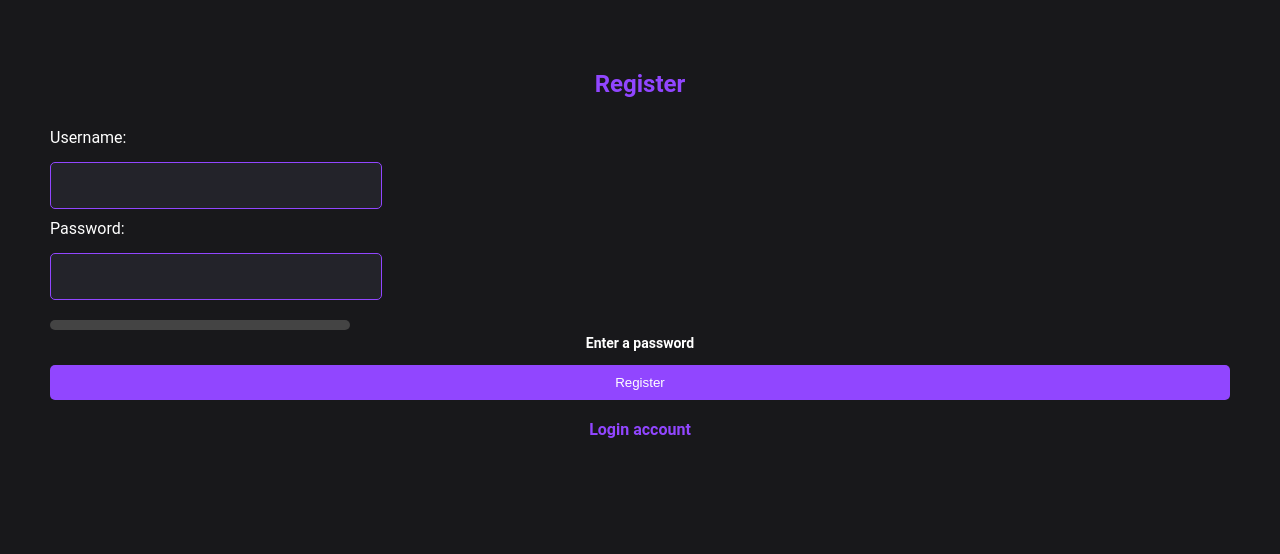
Repository: wolvicjohn/argon2
Page: http://localhost/register.php
An editor plug-in stored every save of this project. The page is shown before and after the next save, followed by the edit.
The browser window is 1280 px wide. The pictures show the whole page.
The page is run by PHP 8.4 with error messages shown; the project is at /var/www/html/.

Above is the page before, as saved 2024-10-18 02:16:08.

### register.php
<?php
// Include the database connection
require 'db.php';

if ($_SERVER['REQUEST_METHOD'] === 'POST') {
    $username = $_POST['username'];
    $password = $_POST['password'];

    // Check if username exists
    $stmt = $pdo->prepare('SELECT id FROM users WHERE username = ?');
    $stmt->execute([$username]);
    if ($stmt->fetch()) {
        die('Username already taken');
    }

    // Hash password with Argon2
    $passwordHash = password_hash($password, PASSWORD_ARGON2ID);

    // Insert user into database
    $stmt = $pdo->prepare('INSERT INTO users (username, password_hash) VALUES (?, ?)');
    $stmt->execute([$username, $passwordHash]);

    echo "User registered successfully!";
}
?>
<!DOCTYPE html>
<html lang="en">

<head>
    <meta charset="UTF-8">
    <title>Register</title>
    <link rel="stylesheet" href="styles.css"> <!-- Link to external CSS -->
</head>

<body>
    <h2>Register</h2>
    <form action="register.php" method="POST">
        <label for="username">Username:</label>
        <input type="text" name="username" id="username" required>

        <label for="password">Password:</label>
        <input type="password" name="password" id="password" required>

        <div class="password-strength">
            <div class="strength-bar" id="strength-bar"></div>
        </div>
        <p class="message" id="strength-text">Enter a password</p>

        <button type="submit">Register</button>
        <a href="login.php">Login account</a>
    </form>

    <script src="script.js"></script> <!-- Link to external JS -->
</body>

</html>

### db.php
<?php
// db.php
$host = 'localhost';
$db = 'argon2_auth';
$user = 'root'; // Your database username
$pass = '';     // Your database password

$dsn = "mysql:host=$host;dbname=$db;charset=utf8mb4";
$options = [
    PDO::ATTR_ERRMODE => PDO::ERRMODE_EXCEPTION,
    PDO::ATTR_DEFAULT_FETCH_MODE => PDO::FETCH_ASSOC,
];

try {
    $pdo = new PDO($dsn, $user, $pass, $options);
} catch (PDOException $e) {
    die("Database connection failed: " . $e->getMessage());
}
?>

### styles.css
/* styles.css */
body {
    font-family: 'Roboto', sans-serif; /* Modern font */
    margin: 0;
    padding: 50px;
    background-color: #18181b; /* Dark background */
    color: #ffffff; /* White text color */
}

h2 {
    color: #9146ff; /* Twitch purple */
    text-align: center;
    margin-bottom: 30px;
}

label {
    display: block;
    margin-bottom: 5px;
}

input {
    margin: 10px 0;
    padding: 15px;
    width: 300px;
    border: 1px solid #9146ff; /* Twitch purple border */
    border-radius: 5px;
    background-color: #23232a; /* Dark input background */
    color: #ffffff; /* White text color */
}

input:focus {
    outline: none;
    border-color: #ff477e; /* Pink border on focus */
}

button {
    padding: 10px 20px;
    cursor: pointer;
    background-color: #9146ff; /* Twitch purple */
    color: white;
    border: none;
    border-radius: 5px;
    transition: background-color 0.3s ease;
    margin-top: 10px; /* Spacing above the button */
    display: block; /* Centering the button */
    width: 100%; /* Full width button */
}

button:hover {
    background-color: #7e3af2; /* Darker purple on hover */
}

.password-strength {
    margin-top: 10px;
    height: 10px;
    width: 300px;
    background-color: #444; /* Darker background for strength meter */
    border-radius: 5px;
    overflow: hidden;
}

.strength-bar {
    height: 100%;
    width: 0%;
    transition: width 0.3s ease-in-out;
}

.strength-weak {
    background-color: red;
}

.strength-medium {
    background-color: orange;
}

.strength-strong {
    background-color: #4CAF50; /* Green for strong */
}

.message {
    margin-top: 5px;
    font-size: 14px;
    font-weight: bold;
    text-align: center; /* Centered text */
}

a {
    display: block;
    text-align: center;
    margin-top: 20px;
    color: #9146ff; /* Twitch purple */
    text-decoration: none;
    font-weight: bold;
}

a:hover {
    color: #7e3af2; /* Darker purple on hover */
}

### script.js
// script.js
const passwordInput = document.getElementById('password');
const strengthBar = document.getElementById('strength-bar');
const strengthText = document.getElementById('strength-text');

passwordInput.addEventListener('input', () => {
    const password = passwordInput.value;
    const strength = calculateStrength(password);
    updateStrengthMeter(strength);
});

function calculateStrength(password) {
    let strength = 0;

    if (password.length >= 8) strength++;
    if (/[A-Z]/.test(password)) strength++;
    if (/[a-z]/.test(password)) strength++;
    if (/[0-9]/.test(password)) strength++;
    if (/[^A-Za-z0-9]/.test(password)) strength++;

    return strength;
}

function updateStrengthMeter(strength) {
    // Reset the strength bar
    strengthBar.className = 'strength-bar';
    strengthBar.style.width = `${strength * 20}%`;  // Dynamically set the width

    // Set the color and text based on strength
    if (strength <= 1) {
        strengthBar.classList.add('strength-weak');
        strengthText.textContent = 'Weak';
        strengthText.style.color = 'red';
    } else if (strength <= 3) {
        strengthBar.classList.add('strength-medium');
        strengthText.textContent = 'Medium';
        strengthText.style.color = 'orange';
    } else {
        strengthBar.classList.add('strength-strong');
        strengthText.textContent = 'Strong';
        strengthText.style.color = 'green';
    }
}

After the next save:
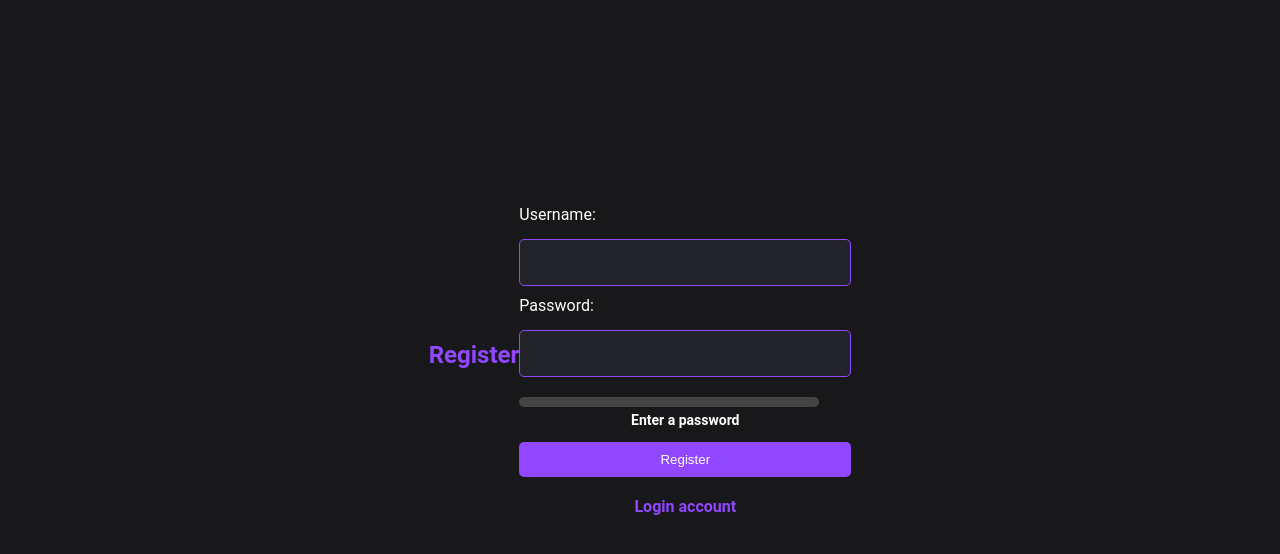
Saved 37 s later.
--- a/styles.css
+++ b/styles.css
@@ -2,14 +2,25 @@
 body {
     font-family: 'Roboto', sans-serif; /* Modern font */
     margin: 0;
-    padding: 50px;
+    padding: 0;
+    height: 100vh; /* Full height for vertical centering */
+    display: flex;
+    justify-content: center; /* Center horizontally */
+    align-items: center; /* Center vertically */
     background-color: #18181b; /* Dark background */
     color: #ffffff; /* White text color */
 }
 
+.container {
+    text-align: center; /* Center text inside container */
+    padding: 20px;
+    background-color: #23232a; /* Dark card background */
+    border-radius: 10px; /* Rounded corners */
+    box-shadow: 0 4px 20px rgba(0, 0, 0, 0.5); /* Subtle shadow */
+}
+
 h2 {
     color: #9146ff; /* Twitch purple */
-    text-align: center;
     margin-bottom: 30px;
 }
 
